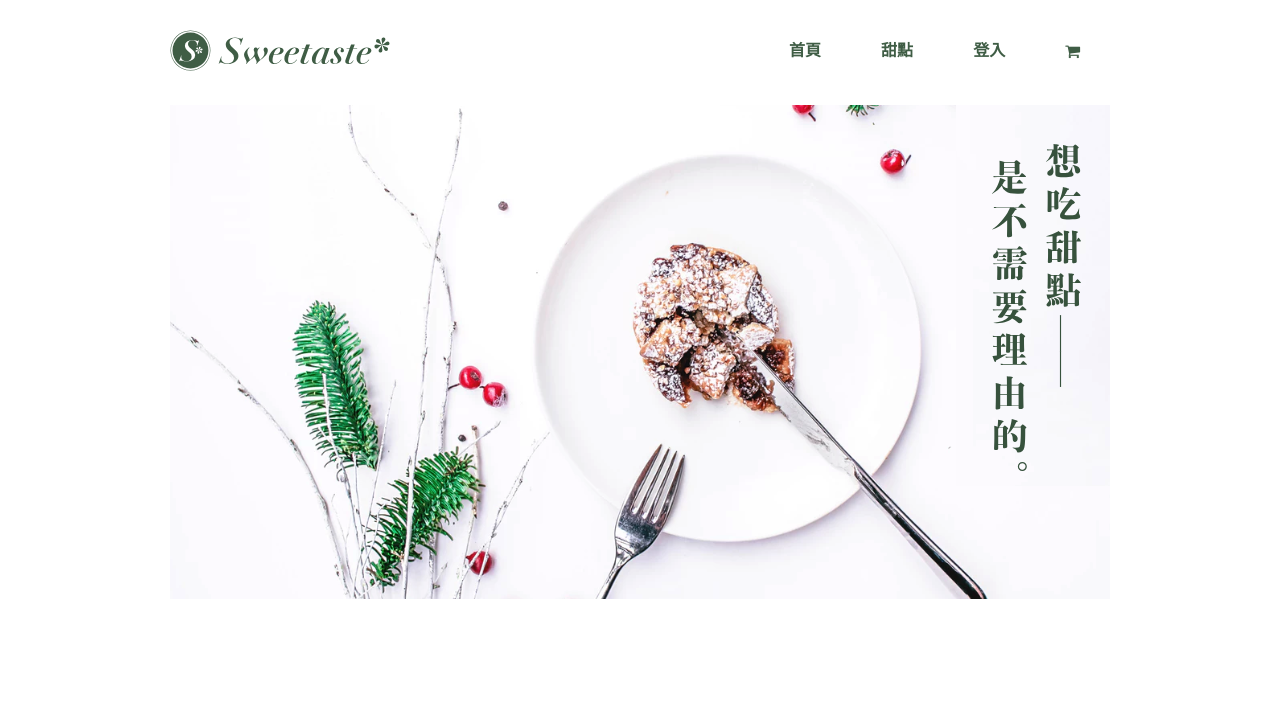
Repository: michelle61219/Sweets
Page: index.html
An editor plug-in stored every save of this project. The page is shown before and after the next save, followed by the edit.
The browser window is 1280 px wide. The pictures show the whole page.

Above is the page before, as saved 2021-06-13 00:11:30.

### index.html
<!DOCTYPE html>
<html lang="en">
	<head>
		<meta charset="UTF-8" />
		<meta http-equiv="X-UA-Compatible" content="IE=edge" />
		<meta name="viewport" content="width=device-width, initial-scale=1.0" />
		<link rel="stylesheet" href="style.css" />
		<link
			rel="stylesheet"
			href="https://cdnjs.cloudflare.com/ajax/libs/font-awesome/4.7.0/css/font-awesome.min.css"
		/>
		<title>甜點電商</title>
	</head>
	<body>
		<header></header>
		<div class="header container">
			<h1>
				<a href="#">
					<img
						width="220"
						height="40"
						src="images/logo-all-dark.svg"
						alt="logo"
					/>
				</a>
			</h1>
			<nav>
				<ul class="menu">
					<li><a href="#">首頁</a></li>
					<li><a href="#">甜點</a></li>
					<li><a href="#">登入</a></li>
					<li>
						<a href="#">
							<i class="fa fa-shopping-cart"></i>
						</a>
					</li>
				</ul>
			</nav>
		</div>
		<div class="banner container">
			<img src="images/banner.png" alt="banner" />
		</div>
	</body>
</html>

### style.css
/* http://meyerweb.com/eric/tools/css/reset/
   v2.0 | 20110126
   License: none (public domain)
*/

html,
body,
div,
span,
applet,
object,
iframe,
h1,
h2,
h3,
h4,
h5,
h6,
p,
blockquote,
pre,
a,
abbr,
acronym,
address,
big,
cite,
code,
del,
dfn,
em,
img,
ins,
kbd,
q,
s,
samp,
small,
strike,
strong,
sub,
sup,
tt,
var,
b,
u,
i,
center,
dl,
dt,
dd,
ol,
ul,
li,
fieldset,
form,
label,
legend,
table,
caption,
tbody,
tfoot,
thead,
tr,
th,
td,
article,
aside,
canvas,
details,
embed,
figure,
figcaption,
footer,
header,
hgroup,
menu,
nav,
output,
ruby,
section,
summary,
time,
mark,
audio,
video {
	margin: 0;
	padding: 0;
	border: 0;
	font-size: 100%;
	font: inherit;
	vertical-align: baseline;
}
/* HTML5 display-role reset for older browsers */
article,
aside,
details,
figcaption,
figure,
footer,
header,
hgroup,
menu,
nav,
section {
	display: block;
}
body {
	line-height: 1;
}
ol,
ul {
	list-style: none;
}
blockquote,
q {
	quotes: none;
}
blockquote:before,
blockquote:after,
q:before,
q:after {
	content: '';
	content: none;
}
table {
	border-collapse: collapse;
	border-spacing: 0;
}
img {
	max-width: 100%;
	height: auto;
}

/* ---CSS Starts from Here--- */

body {
	color: #3f5d45;
	font-family: Arial, Helvetica, sans-serif;
	font-weight: bold;
}

a {
	color: #3f5d45;
	text-decoration: none;
}

.container {
	width: 940px; /* based on main image */
	margin: 0 auto;
}

.header {
	display: flex;
	justify-content: space-between;
	align-items: center;
	padding-top: 30px;
	padding-bottom: 30px;
}

.menu {
	display: flex;
}

.menu a {
	padding: 10px 30px 8px 30px;
}

.menu a:hover {
	background: #3f5d45;
	color: white;
}

.banner {
	margin-bottom: 60px;
}

After the next save:
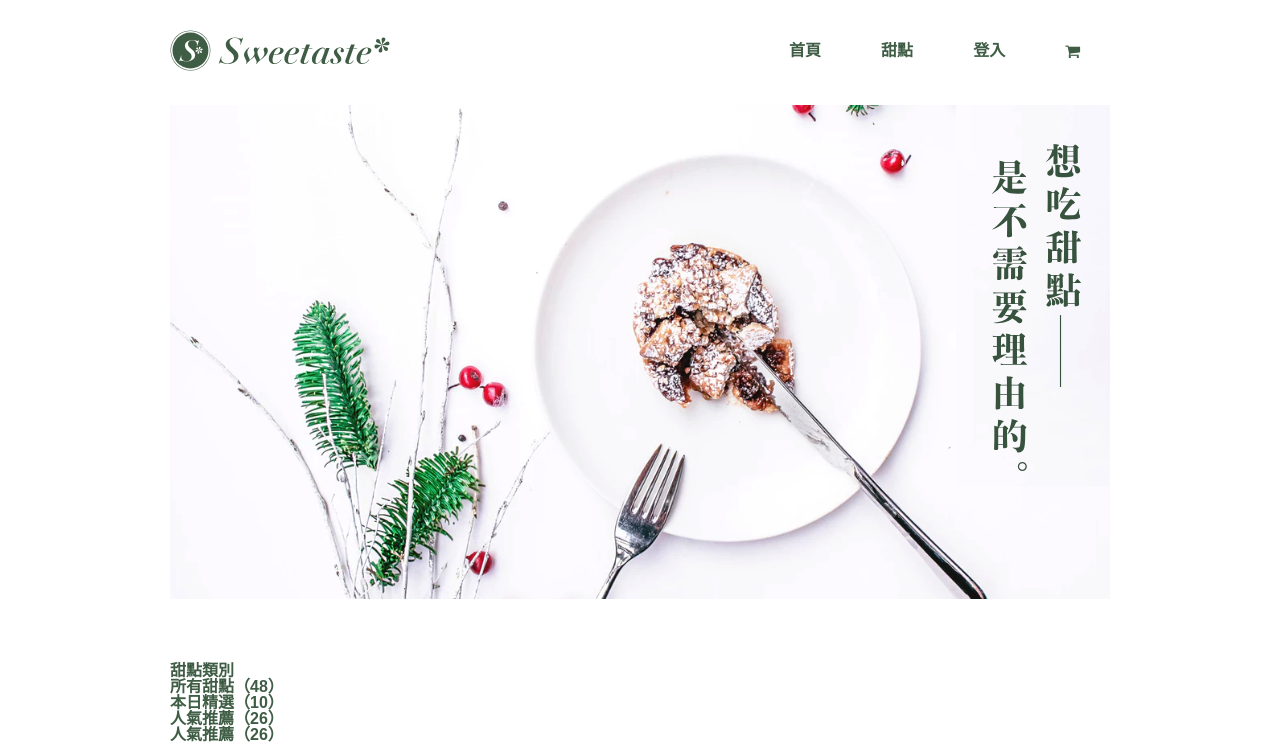
Saved 10 min 40 s later.
--- a/index.html
+++ b/index.html
@@ -40,5 +40,17 @@
 		<div class="banner container">
 			<img src="images/banner.png" alt="banner" />
 		</div>
+		<div class="main container">
+			<div class="aside">
+				<h2>甜點類別</h2>
+				<ul>
+					<li><a href="#">所有甜點（48）</a></li>
+					<li><a href="#">本日精選（10）</a></li>
+					<li><a href="#">人氣推薦（26）</a></li>
+					<li><a href="#">人氣推薦（26）</a></li>
+				</ul>
+			</div>
+			<div class="productList"></div>
+		</div>
 	</body>
 </html>
